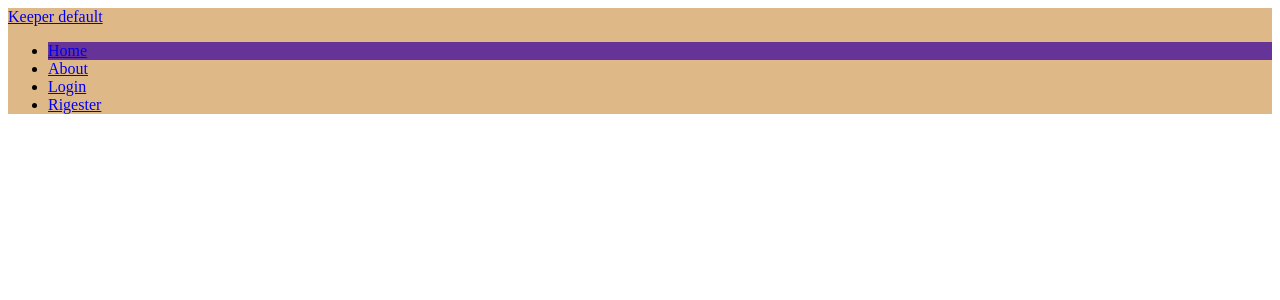
Repository: 3bdulrahman/contact-keeper
Page: / (app in client/)
An editor plug-in stored every save of this project. The page is shown before and after the next save, followed by the edit.
The browser window is 1280 px wide. The pictures show the whole page.
The project was rebuilt for these pictures with package versions that can differ from the ones it lists, and the page was loaded fresh each time.

Above is the page before, as saved 2020-03-29 20:35:56.

### client/src/App.js
import React from 'react';
import Navbar from './components/layout/Navbar'
import './App.css'
const  App = ()=> {

  return (
    <div className="App">
         <Navbar   />
    </div>
  );
}

export default App;

### client/src/components/layout/Navbar.js
import React from 'react'
import PropTypes from 'prop-types'

 const Navbar = ({title}) => {
    return (
        <nav class="navbar navbar-default">
        <div class="container-fluid">
          <div class="navbar-header">
            <a class="navbar-brand" href="#">{title}</a>
          </div>
          <ul class="nav navbar-nav">
            <li class="active"><a href="#">Home</a></li>
            <li><a href="#">About</a></li>
            <li><a href="#">Login</a></li>
            <li><a href="#">Rigester</a></li>
          </ul>
        </div>
      </nav>
    )
}

Navbar.propTypes= {
     title:PropTypes.string.isRequired
}
Navbar.defaultProps = {
     title:'Keeper default '
}

export default Navbar

### client/src/App.css
.navbar-default{
     background-color:burlywood
}
.active {
     background-color:rebeccapurple
}

Loaded but not shown: client/src/index.js (common file)

After the next save:
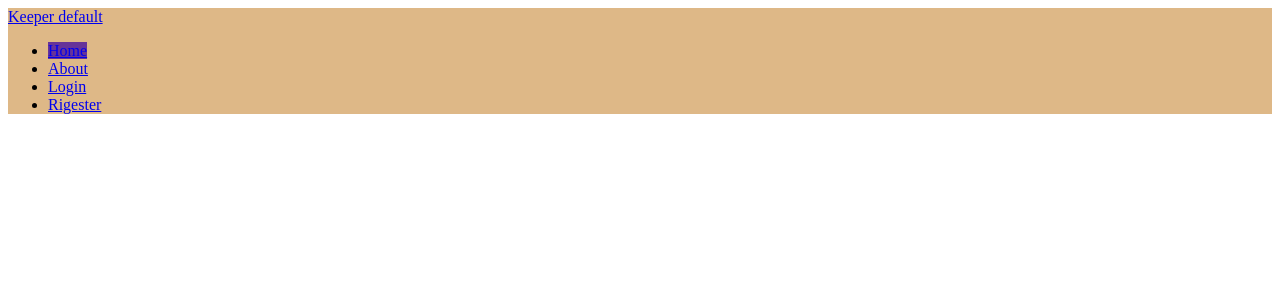
Saved 39 s later.
--- a/client/src/App.css
+++ b/client/src/App.css
@@ -1,6 +1,6 @@
 .navbar-default{
      background-color:burlywood
 }
-.active {
+.navbar-default .navbar-nav>.active>a, .navbar-default .navbar-nav>.active>a:focus, .navbar-default .navbar-nav>.active>a:hover {
      background-color:rebeccapurple
 }
